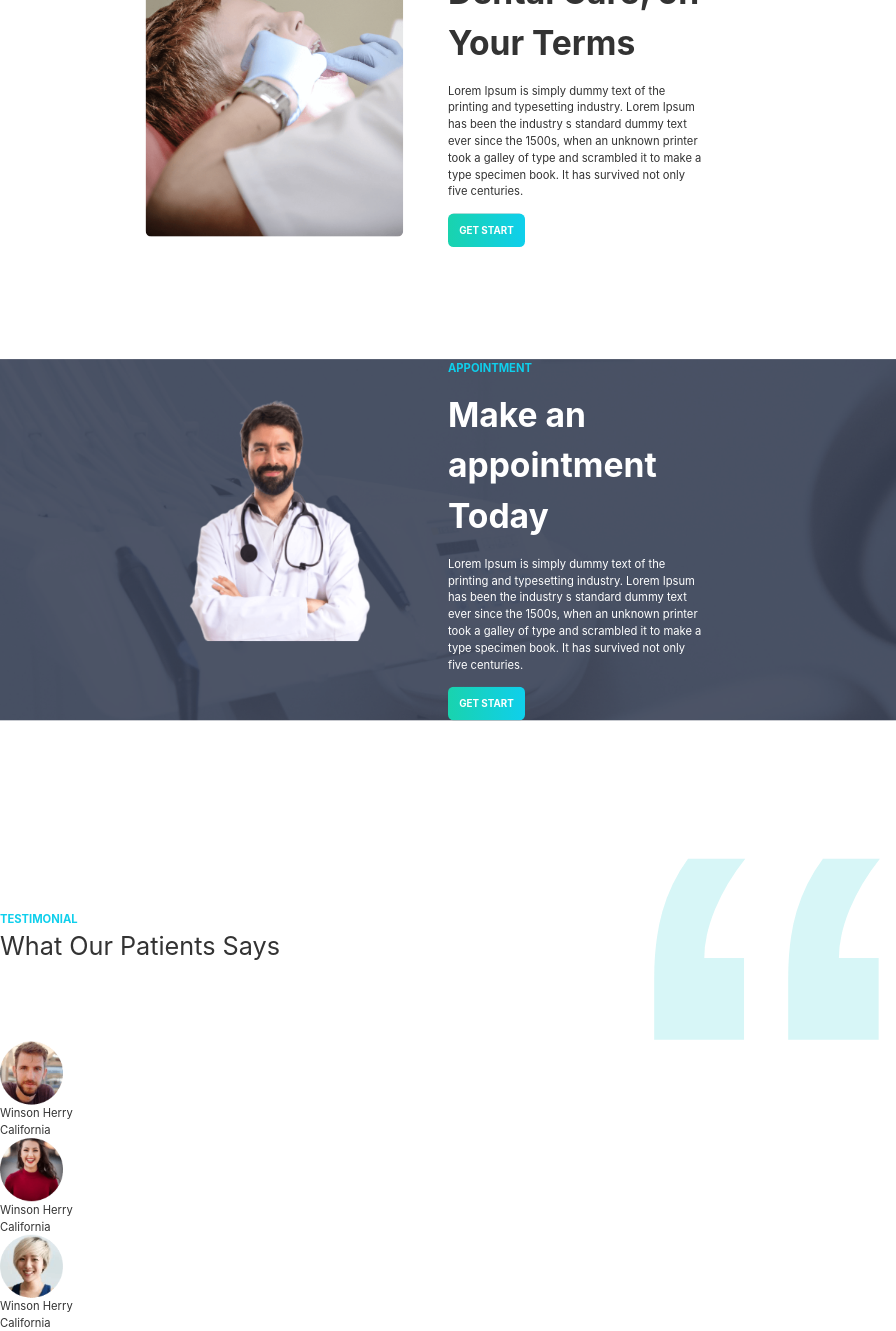
Repository: shikubro90/doctorsportal
Page: /
These files come from the project's save history. The page is drawn as it stood at one moment and after a run of saves; the edit follows.
The browser window is 1280 px wide. The pictures show the part of the page from y = 1930 to 3850 px (the page is 3832 px tall before and 3850 px after), at 70% of full size.
The project was rebuilt for these pictures with package versions that can differ from the ones it lists, and the page was loaded fresh each time. Also part of the build but not shown: src/App.css, src/Pages/About/About.jsx.

Above is the page before, as saved 2022-10-02 09:21:18.

### src/App.js
import { Route, Routes } from 'react-router-dom';
import './App.css';
import About from './Pages/About/About';
import Home from './Pages/Home/Home';
import Navbar from './Shared/Navbar';

function App() {
  return (
    <div className="App">
      <Navbar/>
      <Routes>
        <Route path='/' element={<Home/>}/>
        <Route path='/home' element={<Home/>}/>
        <Route path='/about' element={<About/>}/>
      </Routes>
    </div>
  );
}

export default App;

### src/Pages/Home/Home.jsx
import React from 'react'
import AppointmentSection from './AppointmentSection'
import Banner from './Banner'
import BasicInfo from './BasicInfo'
import ServiceSection from './ServiceSection'
import TestimonialSection from './TestimonialSection'

const Home = () => {
  return (
    <div>
      <Banner />
      <BasicInfo/>
      <ServiceSection/>
      <AppointmentSection/>
      <TestimonialSection/>
    </div>
  )
}

export default Home

### src/Shared/Navbar.jsx
import React from 'react'
import { Link } from 'react-router-dom'

const Navbar = () => {
  return (
    <div className="px-20">
      <div className="navbar bg-base-100">
        <div className="navbar-start">
          <div className="dropdown">
            <label tabIndex={0} className="btn btn-ghost lg:hidden">
              <svg
                xmlns="http://www.w3.org/2000/svg"
                className="h-5 w-5"
                fill="none"
                viewBox="0 0 24 24"
                stroke="currentColor"
              >
                <path
                  strokeLinecap="round"
                  strokeLinejoin="round"
                  strokeWidth="2"
                  d="M4 6h16M4 12h8m-8 6h16"
                />
              </svg>
            </label>
            <ul
              tabIndex={0}
              className="menu menu-compact dropdown-content mt-3 p-2 shadow bg-base-100 rounded-box w-52"
            >
              <li>
                <Link to="/home">Home</Link>
              </li>
              <li>
                <Link to="/about">About</Link>
              </li>
              <li>
                <Link to="/appointment">Appointment</Link>
              </li>
              <li>
                <Link to="/review">Reviews</Link>
              </li>
              <li>
                <Link to="/contact">Contact Us</Link>
              </li>
              <li>
                <Link to="/contact">Login</Link>
              </li>
            </ul>
          </div>
          <Link to="/" className='btn btn-ghost normal-case text-xl'>Doctors Portal</Link>
        </div>

        <div className="navbar-center hidden lg:flex">

          <ul className="menu menu-horizontal p-0 pl-20">
            <li>
              <Link to="/home">Home</Link>
            </li>
            <li>
              <Link to="/about">About</Link>
            </li>
            <li>
              <Link to="/appointment">Appointment</Link>
            </li>
            <li>
              <Link to="/review">Reviews</Link>
            </li>
            <li>
              <Link to="/contact">Contact Us</Link>
            </li>
            <li>
              <Link to="/contact">Login</Link>
            </li>
          </ul>

        </div>

      </div>

    </div>
  )
}

export default Navbar

### src/Pages/Home/AppointmentSection.jsx
import React from 'react'
import AppointmentCard from './AppointmentCard'

import { appointment } from '../../assets/resourse/Resourse.js'

const AppointmentSection = () => {
  return (
    <div>
      {appointment.map(
        ({ id, image, title, desc, style, button_text, shortTitle }) => {
          return (
            <AppointmentCard
              key={id}
              image={image}
              title={title}
              desc={desc}
              style={style}
              button_text={button_text}
              shortTitle={shortTitle}
            />
          )
        },
      )}
    </div>
  )
}

export default AppointmentSection

### src/Pages/Home/Banner.jsx
import React from 'react'
import heroImage from '../../assets/images/chair.png'
import ButtonPrimary from '../../Shared/ButtonPrimary'
import bg from '../../assets/images/bg.png'

function Banner() {
  return (
    <div>
      <div
        className="hero min-h-screen"
        style={{ background: `url(${bg})`, backgroundSize: 'cover' }}
      >
        <div className="hero-content flex flex-col lg:flex-row-reverse">
          <img
            src={heroImage}
            className="max-w-lg rounded-lg shadow-2xl"
            alt="bannerImage"
          />
          <div className="px-6">
            <h1 className="text-5xl font-bold uppercase">
              Your New Smile Starts Here
            </h1>
            <p className="py-6 ">
              Provident cupiditate voluptatem et in. Quaerat fugiat ut assumenda
              excepturi exercitationem quasi. In deleniti eaque aut repudiandae
              et a id nisi.
            </p>
            <ButtonPrimary>{'Get Started'}</ButtonPrimary>
          </div>
        </div>
      </div>
    </div>
  )
}

export default Banner

### src/Pages/Home/BasicInfo.jsx
import MiniCard from './MiniCard'
import { miniCard } from '../../assets/resourse/Resourse.js'

const BasicInfo = () => {
  return (
    <div className="flex items-center justify-center gap-5 px-5">
      {miniCard.map(({ id, icon, title, style, disc }) => {
        return (
          <MiniCard
            key={id}
            icon={icon}
            title={title}
            style={style}
            disc={disc}
          />
        )
      })}
    </div>
  )
}

export default BasicInfo

### src/Pages/Home/ServiceSection.jsx
import MiniServiceCard from './MiniServiceCard'
import { serviceMiniCard } from '../../assets/resourse/Resourse'

const ServiceSection = () => {
  return (
    <div className="serviceWrapp pt-40">
      <div className="flex items-center justify-center flex-col">
        <p className="text-primary font-bold uppercase">Our Service</p>
        <h2 className="text-3xl my-5">Service We Provide</h2>
      </div>
      <div className="flex items-center justify-center px-5 gap-5">
        {serviceMiniCard.map(({ id, icon, title, disc, style }) => {
          return (
            <MiniServiceCard
              key={id}
              icon={icon}
              title={title}
              disc={disc}
              style={style}
            />
          )
        })}
      </div>
    </div>
  )
}

export default ServiceSection

### src/Pages/Home/TestimonialSection.jsx
import React from 'react'
import TestimonialCard from './TestimonialCard'
import quote from '../../assets/icons/quote.svg'
import { testimonial } from '../../assets/resourse/Resourse.js'

const TestimonialSection = () => {
  return (
    <div className="testimonial">
      <div className="testimonialWrap">
        <div className="content">
          <div className="header flex items-center justify-between">
            <div className="header_left">
              <div className="shortTitle uppercase text-primary font-bold">
                Testimonial
              </div>
              <div className="text-[36px]">What Our Patients Says</div>
            </div>
            <div className="header_right">
              <img src={quote} alt="quote" />
            </div>
          </div>
          <div className="body">
            {testimonial.map(({ id, title, image, name, country }) => {
              return (
                <TestimonialCard
                  key={id}
                  title={title}
                  image={image}
                  name={name}
                  country={country}
                  des
                />
              )
            })}
          </div>
        </div>
      </div>
    </div>
  )
}

export default TestimonialSection

### src/Pages/Home/AppointmentCard.jsx
import ButtonPrimary from '../../Shared/ButtonPrimary'


const AppointmentCard = (props) => {

  const { image, title, desc, style, button_text, shortTitle } = props

  return (
    <section className={`my-[160px]`} style={{background: `url(${style})`}}>
      <div className={`wrapper flex items-center px-52 ${style}`}>
        <div className="image flex-1">
          <img className={`rounded-lg ${style && "mt-[-60px]"}`} src={image} alt="bannerImage" />
        </div>
        <div className="details flex-1 flex justify-center flex-col px-16 gap-5">
          <div className="shortTitle uppercase text-primary font-bold">{shortTitle}</div>
          <div className={`title font-bold text-[48px] ${style && "text-white"}`}>{title}</div>
          <div className={`desc ${style && "text-white"}`}>{desc}</div>
          <ButtonPrimary>{button_text}</ButtonPrimary>
        </div>
      </div>
    </section>
  )
}

export default AppointmentCard

### src/assets/resourse/Resourse.js
import clock from '../icons/clock.svg'
import marker from '../icons/marker.svg'
import phone from '../icons/phone.svg'

import cavity from '../images/cavity.png'
import fluorid from '../images/fluoride.png'
import whitening from '../images/whitening.png'

import doctor from '../images/doctor-small.png'
import treatment from '../images/treatment.png'

import bgImage from '../images/appointment.png'


import people1 from '../images/people1.png'
import people2 from '../images/people2.png'
import people3 from '../images/people3.png'

export const miniCard = [
  {
    id: 0,
    icon: clock,
    title: 'Opening Hours',
    disc: 'Lorem Ipsum is simply dummy text of the pri',
    style: 'bg-gradient-to-r from-secondary to-primary text-white',
  },

  {
    id: 1,
    icon: marker,
    title: 'Visit our location',
    disc: 'Lorem Ipsum is simply dummy text of the pri',
    style: 'bg-[#3A4256] text-white',
  },

  {
    id: 2,
    icon: phone,
    title: 'Contact us now',
    disc: 'Lorem Ipsum is simply dummy text of the pri',
    style: 'bg-gradient-to-r from-secondary to-primary text-white',
  },
]

export const serviceMiniCard = [
  {
    id: 0,
    icon: cavity,
    title: 'Fluoride Treatment',
    disc:
      'Lorem Ipsum is simply dummy printing and typesetting indust Ipsum has been the',
    style: '',
  },
  {
    id: 1,
    icon: fluorid,
    title: 'Cavity Filling',
    disc:
      'Lorem Ipsum is simply dummy printing and typesetting indust Ipsum has been the',
    style: '',
  },
  {
    id: 2,
    icon: whitening,
    title: 'Teeth Whitening',
    disc:
      'Lorem Ipsum is simply dummy printing and typesetting indust Ipsum has been the',
    style: '',
  },
]

export const appointment = [
  {
    id: 0,
    image: treatment,
    title: 'Exceptional Dental Care, on Your Terms',
    desc:
      'Lorem Ipsum is simply dummy text of the printing and typesetting industry. Lorem Ipsum has been the industry s standard dummy text ever since the 1500s, when an unknown printer took a galley of type and scrambled it to make a type specimen book. It has survived not only five centuries.',
    button_text: 'Get Start',
    style: '',
  },
  {
    id: 1,
    image: doctor,
    shortTitle: 'Appointment',
    title: 'Make an appointment Today',
    desc:
      'Lorem Ipsum is simply dummy text of the printing and typesetting industry. Lorem Ipsum has been the industry s standard dummy text ever since the 1500s, when an unknown printer took a galley of type and scrambled it to make a type specimen book. It has survived not only five centuries.',
    button_text: 'Get Start',
    style: bgImage,
  },
]

export const testimonial = [
    {
        id : 0,
        desc : "Lorem ipsum dolor, sit amet consectetur adipisicing elit. Totam eius culpa modi laboriosam. Aperiam fugiat harum mollitia, expedita earum perferendis, facilis veritatis, nobis temporibus atque nesciunt recusandae eos beatae minima?",
        image : people1,
        name : "Winson Herry",
        country : "California"
    },
    {
        id : 1,
        desc : "Lorem ipsum dolor, sit amet consectetur adipisicing elit. Totam eius culpa modi laboriosam. Aperiam fugiat harum mollitia, expedita earum perferendis, facilis veritatis, nobis temporibus atque nesciunt recusandae eos beatae minima?",
        image : people2,
        name : "Winson Herry",
        country : "California"
    },
    {
        id : 2,
        desc : "Lorem ipsum dolor, sit amet consectetur adipisicing elit. Totam eius culpa modi laboriosam. Aperiam fugiat harum mollitia, expedita earum perferendis, facilis veritatis, nobis temporibus atque nesciunt recusandae eos beatae minima?",
        image : people3,
        name : "Winson Herry",
        country : "California"
    },
]

### src/Shared/ButtonPrimary.jsx
function ButtonPrimary({ children }) {

  return (
    <div>
      <button className={`btn bg-gradient-to-r from-secondary to-primary border-none font-bold text-white`}>
        {children}
      </button>
    </div>
  )
}

export default ButtonPrimary

### src/Pages/Home/MiniCard.jsx
const MiniCard = (props) => {
  const { icon, title, style, disc } = props
  return (
    <div
      className={`card card-side bg-base-100 shadow-xl flex items-center justify-center px-4 ${style}`}
    >
      <div className="">
        <img src={icon} alt="icon" />
      </div>
      <div className="card-body">
        <h2 className="card-title">{title}</h2>
        <p>{disc}</p>
      </div>
    </div>
  )
}

export default MiniCard

### src/Pages/Home/MiniServiceCard.jsx
const MiniServiceCard = (props) => {
  const { icon, title, disc } = props
  return (
    <div className="cardWrapper flex flex-col items-center justify-center p-6 py-20  gap-5 shadow-lg rounded-lg">
      <div className="icon">
        <img src={icon} alt="" />
      </div>
      <div className="title">{title}</div>
      <div className="desc text-center px-16">{disc}</div>
    </div>
  )
}

export default MiniServiceCard

### src/Pages/Home/TestimonialCard.jsx
import React from 'react'

const TestimonialCard = (props) => {
    const {desc,image, name, country} = props
  return (
    <div className='mainCard'>
        <div className="CardBody flex">
            <div className="desc">
                <p>{desc}</p>
            </div>
            <div className="bio">
                <img src={image} alt="" />
                <div className="info">
                    <h4>{name}</h4>
                    <p>{country}</p>
                </div>
            </div>
        </div>
    </div>
  )
}

export default TestimonialCard

### tailwind.config.js
/** @type {import('tailwindcss').Config} */

module.exports = {
  content: ['./src/**/*.{js,jsx,ts,tsx}'],
  theme: {},
  daisyui: {
    themes: [
      {
        doctorstheme: {
          primary: '#0FCFEC',
          secondary: '#19D3AE',
          accent: '#3A4256',
          neutral: '#3d4451',
          'base-100': '#ffffff',
        },
      },
      'light',
      'cupcake',
    ],
  },
  plugins: [require('daisyui')],
}

Loaded but not shown: public/index.html (common file); src/index.js (common file); src/index.css (common file); src/reportWebVitals.js (common file)

After the next 3 saves:
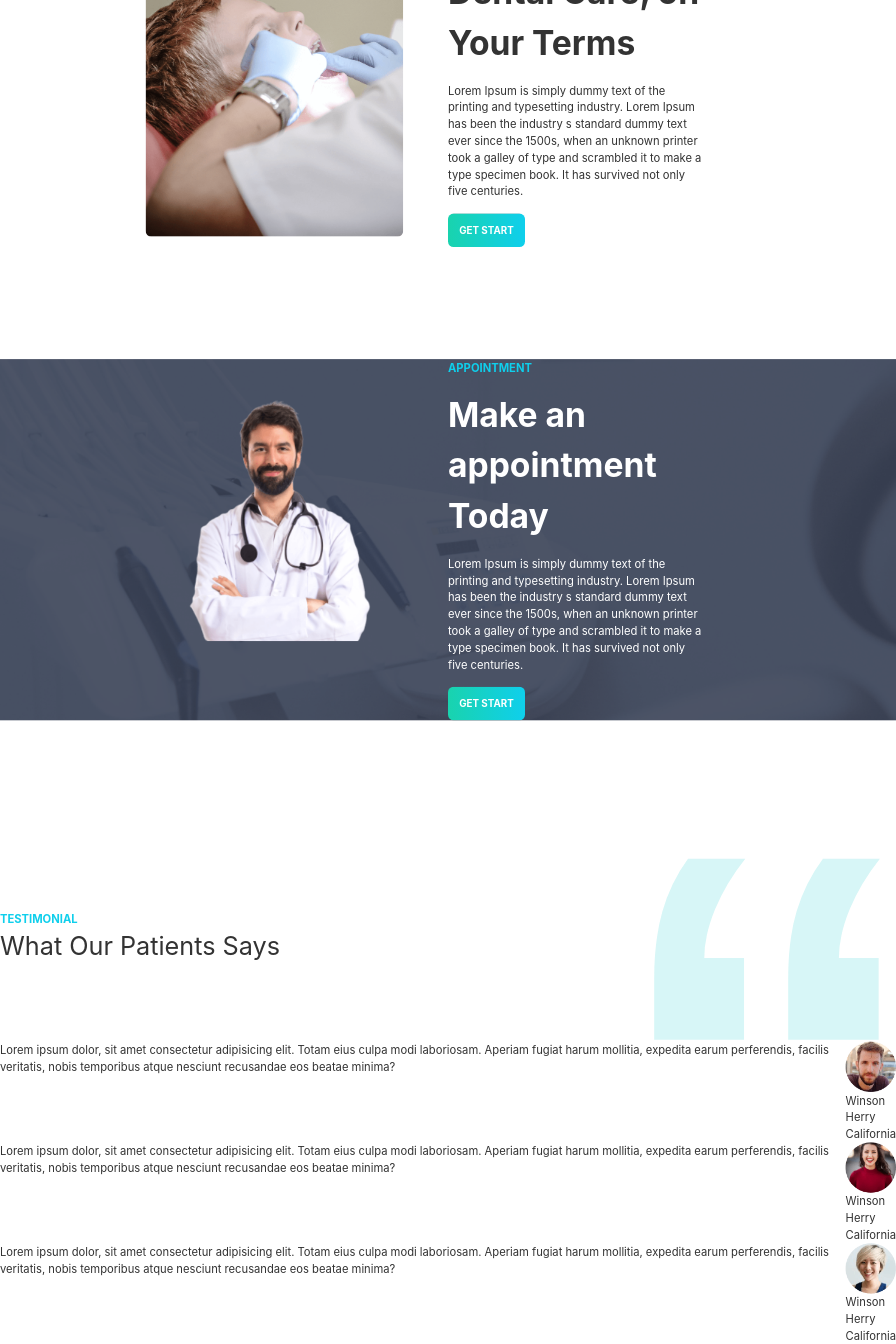
The 3 saves are shown as one change because 1 did not build or start and some came seconds apart.
The last was saved 17 s later.
--- a/src/Pages/Home/TestimonialSection.jsx
+++ b/src/Pages/Home/TestimonialSection.jsx
@@ -20,7 +20,7 @@ const TestimonialSection = () => {
             </div>
           </div>
           <div className="body">
-            {testimonial.map(({ id, title, image, name, country }) => {
+            {testimonial.map(({ id, title, image, name, country, desc }) => {
               return (
                 <TestimonialCard
                   key={id}
@@ -28,7 +28,7 @@ const TestimonialSection = () => {
                   image={image}
                   name={name}
                   country={country}
-                  des
+                  desc={desc}
                 />
               )
             })}
